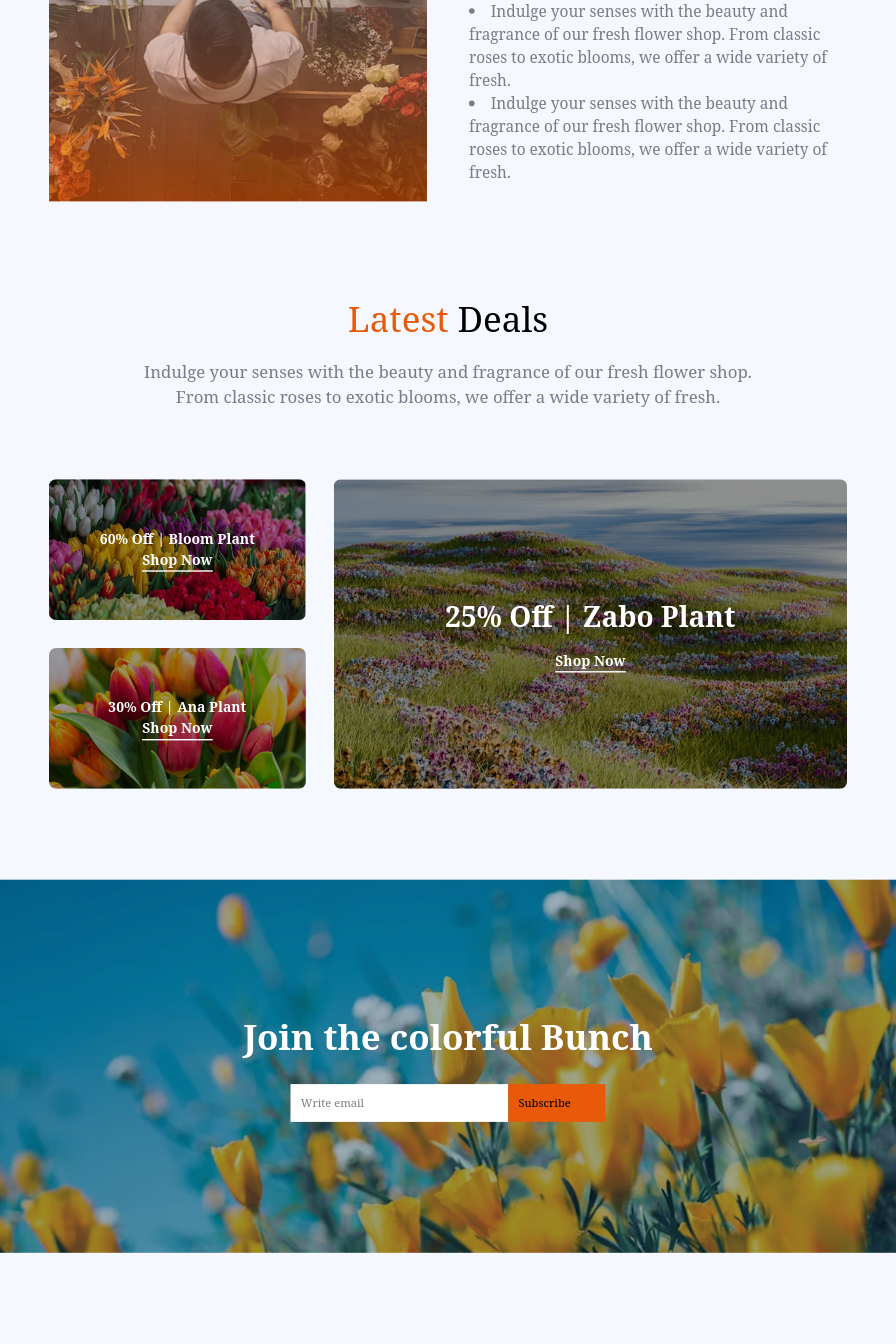
Repository: nahid-hasann/website-7
Page: index.html
An editor plug-in stored every save of this project. The page is shown before and after the next save, followed by the edit.
The browser window is 1280 px wide. The pictures show the part of the page from y = 2514 to 4434 px (the page is 4434 px tall), at 70% of full size.
Some web libraries are served in a nearby version.

Above is the page before, as saved 2025-07-24 21:22:36.

After the next save:
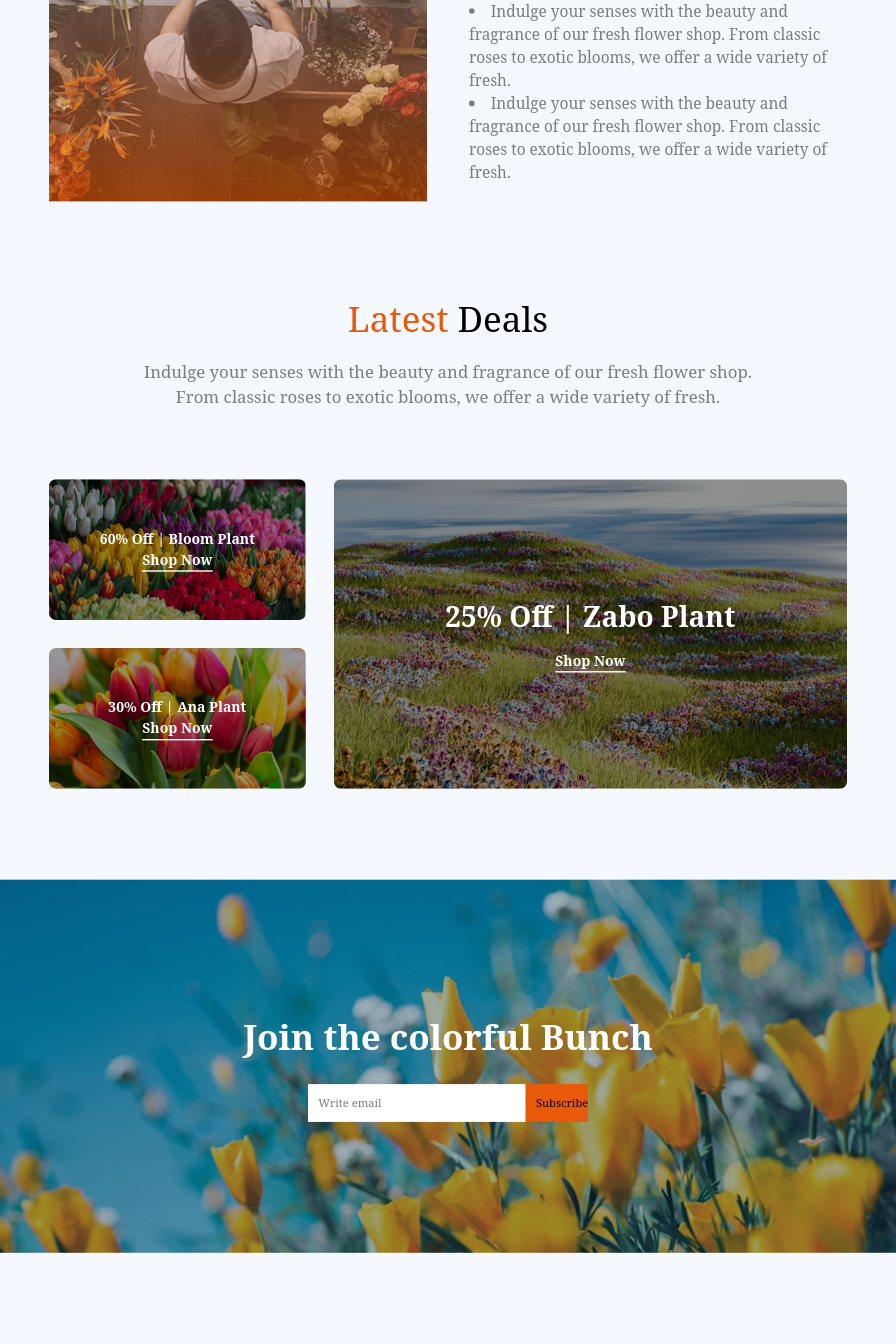
Saved 4 s later.
--- a/style.css
+++ b/style.css
@@ -314,7 +314,7 @@ nav{
 
 .btn-2{
     background-color: #e85a0a;
-    padding: 15px 50px 15px 15px ;
+    padding: 15px 0px 15px 15px ;
 }
 
 /* subscribe-section end  */
